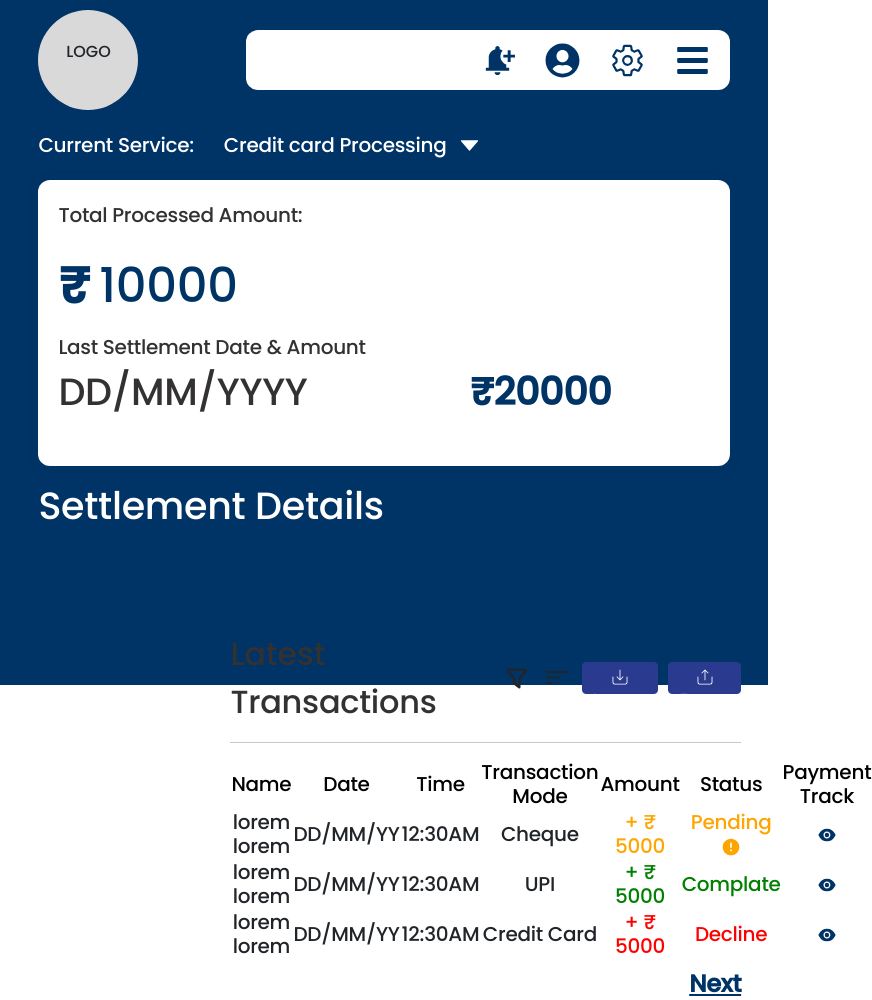
Repository: FlyweisReact/Prashant
Page: /dashboard
An editor plug-in stored every save of this project. The page is shown before and after the next save, followed by the edit.
The browser window is 768 px wide. The page is 872 px wide, so the pictures cover 872 px, including what lies to the right of the window. The pictures show the whole page.
Some web libraries are served in a nearby version. The project was rebuilt for these pictures with package versions that can differ from the ones it lists, and the page was loaded fresh each time. Also part of the build but not shown: src/Pages/CryptoPayment.jsx, src/Pages/CurrentCharge.jsx, src/Styles/Login.module.css, src/Components/Login/LoginFirstSection.jsx, src/Components/Login/LoginMainSection.jsx, src/Pages/Login.jsx, src/Pages/MatureFund.jsx, src/Pages/OpenBanking.jsx and 12 more.

Above is the page before, as saved 2023-03-23 18:32:50.

After the next save:
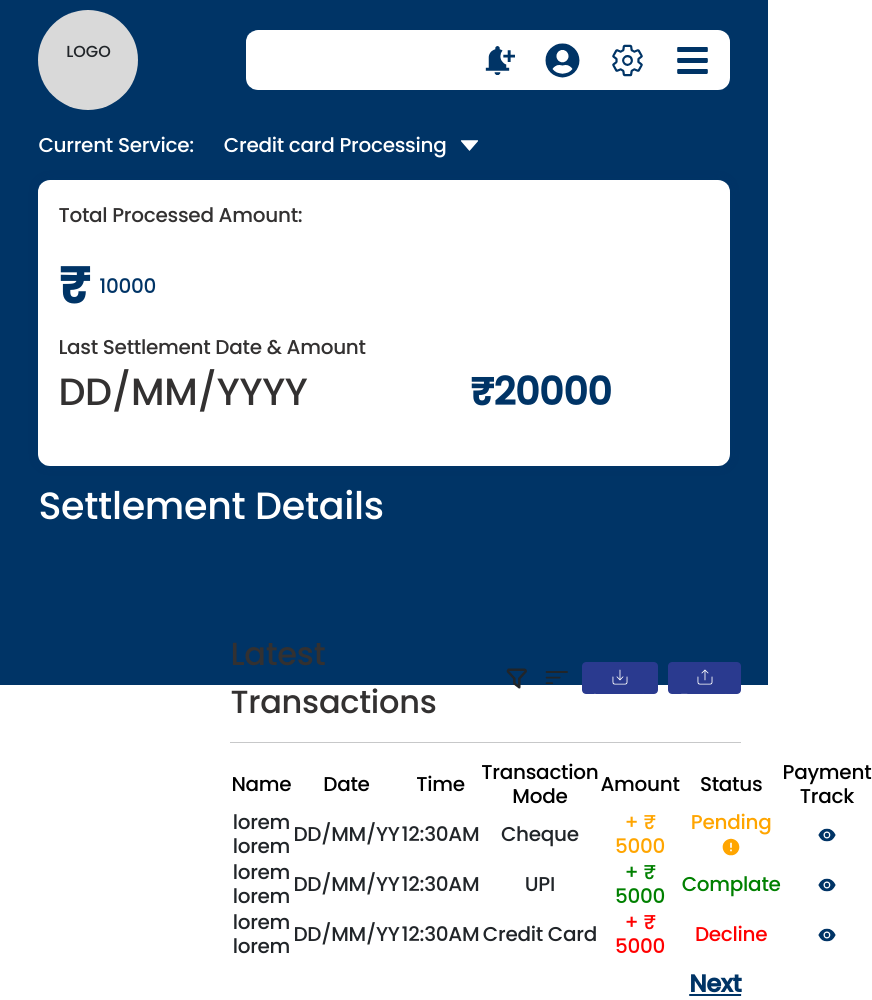
Saved 20 s later.
--- a/src/Styles/TotalAmountSection.module.css
+++ b/src/Styles/TotalAmountSection.module.css
@@ -85,5 +85,8 @@ color: #003466;
         font-size: 20px;
         line-height: normal;
     }
+    .TotalBudgetDiv>h1{
+        font-size: 20px;
+    }
 
 }
